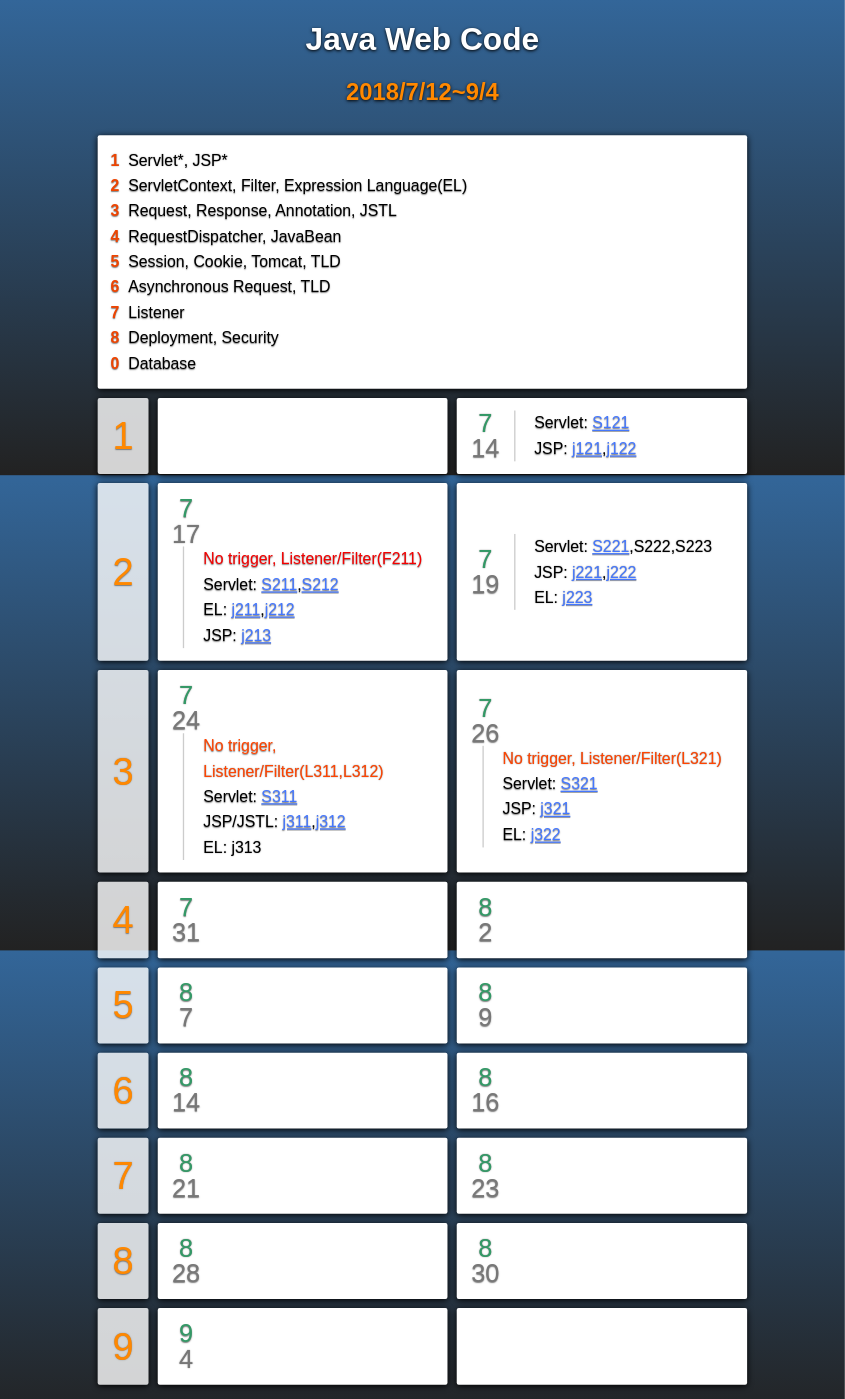
Repository: anxhuang/Java_Web
Page: http://localhost/code/index.jsp
These files come from the project's save history. The page is drawn as it stood at one moment and after the next save; the edit follows.
The browser window is 1280 px wide. The pictures show the whole page, at 66% of full size.
Backgrounds fixed to the window are drawn as part of the page. The page is served by Tomcat 9. Other server files are loaded and not shown.

Above is the page before, as saved 2018-07-26 11:48:24.

### code/WebContent/index.jsp
<%@ page language="java" pageEncoding="UTF-8"%>
<!DOCTYPE html>
<html>
<head>
<meta charset="BIG5">
<title>Insert title here</title>
<style>
	body{
		font-size: 0.25in;
		font-family: Arial;
		background: linear-gradient(#369, #222);
		background-attachment: fixed;
	}
	h1{
		color: #FFF;
		text-shadow: 0px 1px 5px #000;
		text-align: center;
	}
	h2{
		color: #F80;
		text-shadow: 0px 1px 5px #000;
		text-align: center;
	}
	red{
		color: #E40;
		font-weight: bold;
	}
	.orange{
		color: #F80;
		font-size: 0.6in;
		text-align: center;
		background: rgba(255,255,255,0.8);
	}
	.date{
		width: 0.5in;
		color: #396;
		font-size: 0.4in;
		text-align: center;
	}
	.ex{
		padding-left: 0.3in;
		margin-left: 0.2in;
		border-left: 2px solid #CCC;
	}
	grey{
		color: #777;
	}
	table{
		width: 80%;
		margin: 0 auto;
		border-spacing: 0.15in;
	}
	td{
		color: #000;
		text-shadow: 0px 1px 2px #777;
		line-height: 0.4in;
		padding: 0.2in;
		background: rgba(255,255,255,1.0);
		box-shadow: 0px 2px 10px #000;
		border-radius: 3px;
		vertical-align: middle;
	}
	td div{
		display: inline-block;
		vertical-align: middle;
	}
	td:first-child{
		width: 8%;
	}
	td:nth-child(2){
		width: 46%;
	}
	td:nth-child(3){
		width: 46%;
	}
	a:link		{color: #47F;}
	a:visited	{color: #47F;}
</style>
</head>
<body>

	<h1>Java Web Code</h1><h2>2018/7/12~9/4</h2>

	<table>
		<tbody>
			<tr>
				<td colspan="3">
					<%@ page import="java.util.ArrayList" %>

					<%
					String topics[][]={
						{"1","Servlet*, JSP*"},
						{"2","ServletContext, Filter, Expression Language(EL)"},
						{"3","Request, Response, Annotation, JSTL"},
						{"4","RequestDispatcher, JavaBean"},
						{"5","Session, Cookie, Tomcat, TLD"},
						{"6","Asynchronous Request, TLD"},
						{"7","Listener"},
						{"8","Deployment, Security"},
						{"0","Database"},
					};
					for (String[] topic:topics){
						out.print("<red>"+topic[0]+"</red>&nbsp;&nbsp;"+topic[1]+"<br>");
					}
					%>
				</td>
			</tr>

				<%
					ArrayList<String>	date=new ArrayList<>();
					ArrayList<String>	ex=new ArrayList<>();
					date.add("");
					date.add("7<br><grey>14</grey>");
					date.add("7<br><grey>17</grey>");
					date.add("7<br><grey>19</grey>");
					date.add("7<br><grey>24</grey>");
					date.add("7<br><grey>26</grey>");
					date.add("7<br><grey>31</grey>");
					date.add("8<br><grey>2</grey>");
					date.add("8<br><grey>7</grey>");
					date.add("8<br><grey>9</grey>");
					date.add("8<br><grey>14</grey>");
					date.add("8<br><grey>16</grey>");
					date.add("8<br><grey>21</grey>");
					date.add("8<br><grey>23</grey>");
					date.add("8<br><grey>28</grey>");
					date.add("8<br><grey>30</grey>");
					date.add("9<br><grey>4</grey>");
					date.add("");
					ex.add("");
					ex.add("Servlet: <a href='S121'>S121</a><br>JSP: <a href='j121.jsp'>j121</a>,<a href='j122.jsp'>j122</a>");
					ex.add("<font color=#F40'>No trigger, Listener/Filter(F211)</font><br>Servlet: <a href='S211'>S211</a>,<a href='S212'>S212</a><br>EL: <a href='j211.jsp'>j211</a>,<a href='j212.jsp'>j212</a><br>JSP: <a href='j213.jsp'>j213</a>");
					ex.add("Servlet: <a href='S221'>S221</a>,S222,S223<br>JSP: <a href='j221.jsp'>j221</a>,<a href='j222.jsp'>j222</a><br>EL: <a href='j223.jsp'>j223</a>");
					ex.add("<font color='#F40'>No trigger, Listener/Filter(L311,L312)</font><br>Servlet: <a href='S311'>S311</a><br>JSP/JSTL: <a href='j311.jsp'>j311</a>,<a href='j312.jsp'>j312</a><br>EL: j313");
					ex.add("<font color='#F40'>No trigger, Listener/Filter(L321)</font><br>Servlet: <a href='S321'>S321</a><br>JSP: <a href='j321.jsp'>j321</a><br>EL: <a href='j322.jsp'>j322</a>");
					ex.add("");
					ex.add("");
					ex.add("");
					ex.add("");
					ex.add("");
					ex.add("");
					ex.add("");
					ex.add("");
					ex.add("");
					ex.add("");
					ex.add("");
					ex.add("");
					ex.add("");
					ex.add("");
					for (int i=1; i<=9; i++){
						out.print("<tr><td class='orange'>"+i+"</td><td><div class='date'>"+date.get(i*2-2)+"</div><div class='ex'>"+ex.get(i*2-2)+"</div></td><td><div class='date'>"+date.get(i*2-1)+"</div><div class='ex'>"+ex.get(i*2-1)+"</div></td></tr>");
					}
				%>
		</tbody>
	</table>
</body>
</html>

After the next save:
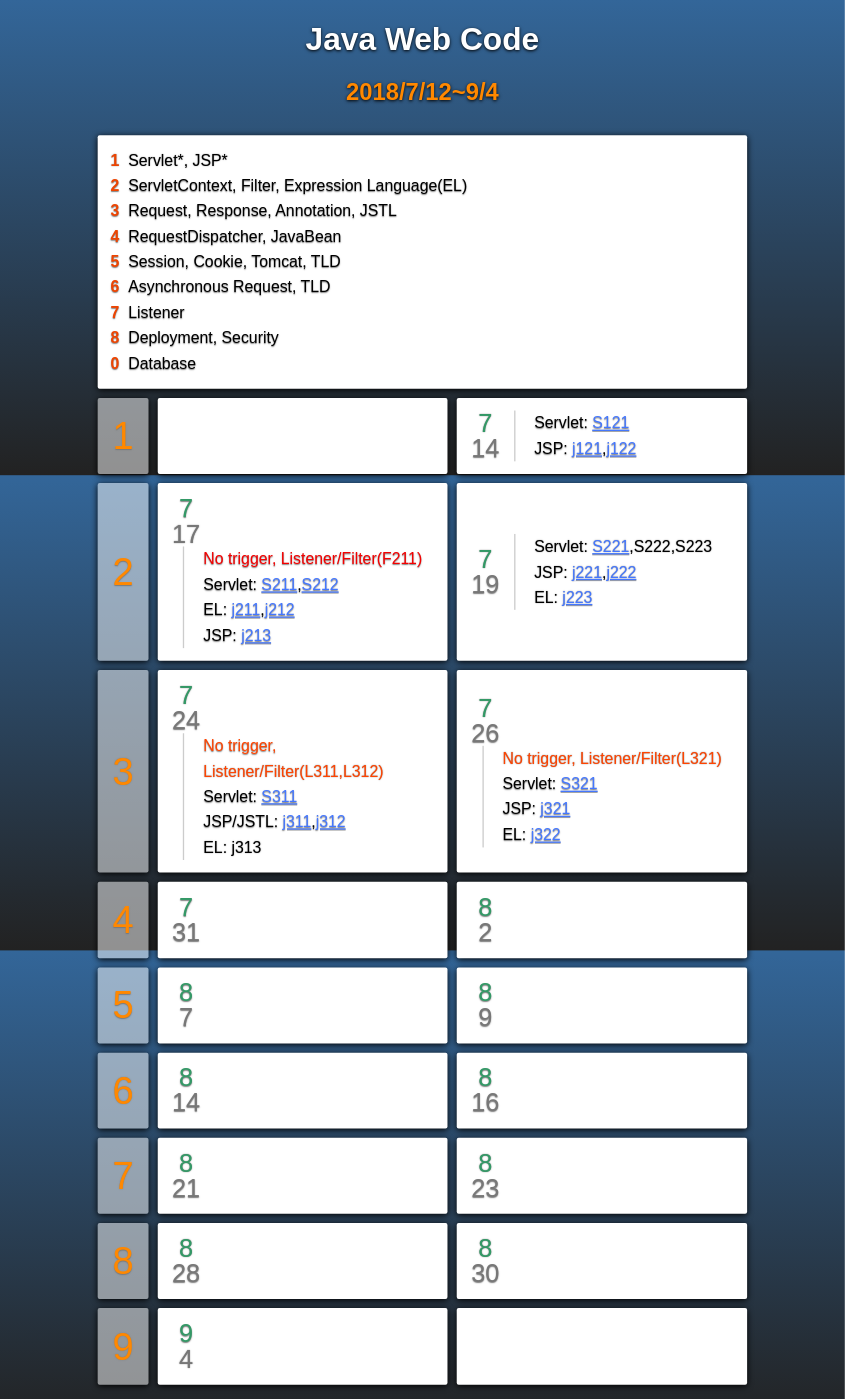
Saved 23 s later.
--- a/code/WebContent/index.jsp
+++ b/code/WebContent/index.jsp
@@ -29,7 +29,7 @@
 		color: #F80;
 		font-size: 0.6in;
 		text-align: center;
-		background: rgba(255,255,255,0.8);
+		background: rgba(255,255,255,0.5);
 	}
 	.date{
 		width: 0.5in;
